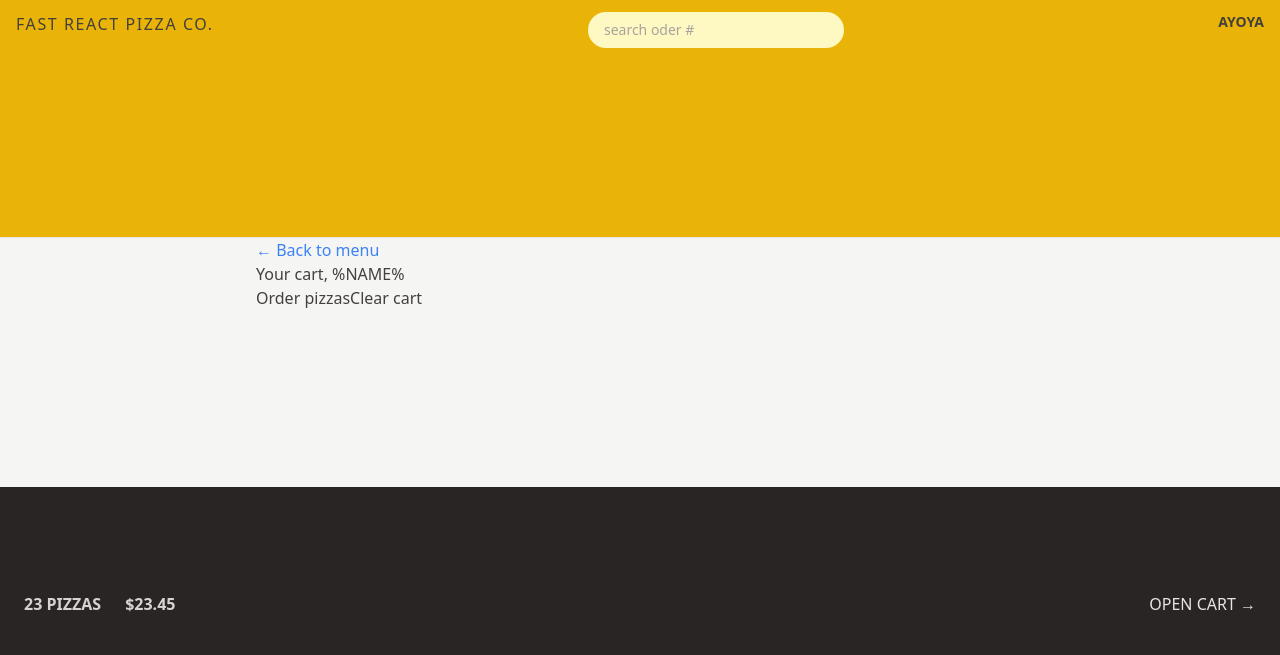
Repository: ayakhaled0001/pizza-delivery
Page: /cart
An editor plug-in stored every save of this project. The page is shown before and after a run of saves, followed by the edit.
The browser window is 1280 px wide. The pictures show the whole page.
The project was rebuilt for these pictures with package versions that can differ from the ones it lists, and the page was loaded fresh each time. Also part of the build but not shown: vite.config.js, src/features/user/CreateUser.jsx, src/ui/Home.jsx, src/services/apiRestaurant.jsx, src/utilities/helpers.jsx, src/features/menu/MenuItem.jsx, src/features/menu/Menu.jsx, src/features/order/Order.jsx and 2 more. Imported but missing from the stored project, and not drawn on this page: src/features/order/CreateOrder.

Above is the page before, as saved 2025-05-01 04:51:05.

### index.html
<!DOCTYPE html>
<html lang="en">
  <head>
    <meta charset="UTF-8" />
    <link rel="icon" type="image/svg+xml" href="/vite.svg" />
    <meta name="viewport" content="width=device-width, initial-scale=1.0" />
    <title>Vite + React</title>
  </head>
  <body class="bg-stone-100 text-stone-700">
    <div id="root"></div>
    <script type="module" src="/src/main.jsx"></script>
  </body>
</html>

### src/App.jsx
import { createBrowserRouter, RouterProvider } from "react-router-dom";
import Home from "./ui/Home";
import Menu, { loader as menuLoader } from "./features/menu/Menu";
import Cart from "./features/cart/Cart";
import CreateOrder, {
  action as CreateOrderAction,
} from "./features/order/CreateOrder";
import Order, { loader as orderLoader } from "./features/order/Order";
import AppLayout from "./ui/AppLayout";
import Error from "./ui/Error";
const router = createBrowserRouter([
  {
    element: <AppLayout />,
    children: [
      { path: "/", element: <Home /> },
      {
        path: "/menu",
        element: <Menu />,
        loader: menuLoader,
        errorElement: <Error />,
      },
      { path: "/cart", element: <Cart /> },
      {
        path: "/order/new",
        element: <CreateOrder />,
        action: CreateOrderAction,
      },
      {
        path: "/order/:orderId",
        element: <Order />,
        loader: orderLoader,
        errorElement: <Error />,
      },
    ],
  },
]);
function App() {
  return <RouterProvider router={router} />;
}

export default App;

### src/index.css
@tailwind base;
@tailwind components;
@tailwind utilities;

@layer components {
  .input {
    @apply w-full rounded-full border
    border-stone-200
    px-4 py-2 text-sm transition-all
    duration-300 focus:outline-none
    focus:ring focus:ring-yellow-400
    md:px-5;
  }
}

/* body {
  font-family: system-ui, -apple-system, BlinkMacSystemFont, "Segoe UI", Roboto,
    Oxygen, Ubuntu, Cantarell, "Open Sans", "Helvetica Neue", sans-serif;
  background-color: #f7f7f7;
  color: #444;
}

.layout {
  display: grid;
  grid-template-rows: auto 1fr auto;
  gap: 32px;
  height: 100dvh;
} */

/* https://dev.to/afif/i-made-100-css-loaders-for-your-next-project-4eje */
.loader {
  width: 45px;
  aspect-ratio: 0.75;
  --c: no-repeat linear-gradient(#333 0 0);
  background: var(--c) 0% 50%, var(--c) 50% 50%, var(--c) 100% 50%;
  background-size: 20% 50%;
  animation: loading 1s infinite linear;
}

@keyframes loading {
  20% {
    background-position: 0% 0%, 50% 50%, 100% 50%;
  }
  40% {
    background-position: 0% 100%, 50% 0%, 100% 50%;
  }
  60% {
    background-position: 0% 50%, 50% 100%, 100% 0%;
  }
  80% {
    background-position: 0% 50%, 50% 50%, 100% 100%;
  }
}

### src/features/cart/Cart.jsx
import { Link } from "react-router-dom";
import LinkButton from "../../ui/LinkButton";

const fakeCart = [
  {
    pizzaId: 12,
    name: "Mediterranean",
    quantity: 2,
    unitPrice: 16,
    totalPrice: 32,
  },
  {
    pizzaId: 6,
    name: "Vegetale",
    quantity: 1,
    unitPrice: 13,
    totalPrice: 13,
  },
  {
    pizzaId: 11,
    name: "Spinach and Mushroom",
    quantity: 1,
    unitPrice: 15,
    totalPrice: 15,
  },
];

function Cart() {
  const cart = fakeCart;

  return (
    <div>
      <LinkButton to="/menu">&larr; Back to menu</LinkButton>

      <h2>Your cart, %NAME%</h2>

      <div>
        <Link to="/order/new">Order pizzas</Link>
        <button>Clear cart</button>
      </div>
    </div>
  );
}

export default Cart;

### src/ui/AppLayout.jsx
import Header from "./Header";
import CartOverview from "../features/cart/CartOverview";
import { Outlet, useNavigation } from "react-router-dom";
import Loader from "./Loader";

function AppLayout() {
  const navigation = useNavigation();
  const isLoading = navigation.state === "loading";
  console.log(navigation.state);
  return (
    <div className="grid h-screen grid-row-[auto_1fr_auto]">
      {isLoading && <Loader />}
      <Header />
      <div className="">
        <main className="max-w-3xl mx-auto">
          <Outlet />
        </main>
      </div>
      <CartOverview />
    </div>
  );
}

export default AppLayout;

### src/ui/LinkButton.jsx
import { Link, useNavigate } from "react-router-dom";

function LinkButton({ children, to }) {
  const navigate = useNavigate();
  if (to === -1)
    return (
      <button
        onClick={() => navigate(-1)}
        className="tex-sm text-blue-500 hover:text-blue-700 hover:underline">
        {children}
      </button>
    );
  return (
    <Link
      to={to}
      className="tex-sm text-blue-500 hover:text-blue-700 hover:underline">
      {children}
    </Link>
  );
}

export default LinkButton;

### src/ui/Header.jsx
import { Link } from "react-router-dom";
import SearchOrder from "../features/order/SearchOrder.jsx";
import UserName from "../features/user/UserName.jsx";

function Header() {
  return (
    <header className=" flex justify-between bg-yellow-500 px-4 py-3 uppercase border-b border-stone-200">
      <Link to="/" className="tracking-widest">
        Fast React Pizza Co.
      </Link>
      <SearchOrder />
      <UserName />
    </header>
  );
}

export default Header;

### src/features/cart/CartOverview.jsx
import { Link } from "react-router-dom";

function CartOverview() {
  return (
    <div
      className="bg-stone-800 text-stone-200 uppercase p-4 sm:px-6 px-4 py-4
    md:text-base flex items-center justify-between">
      <p className="text-stone-300 sm:space-x-6 font-semibold space-x-4">
        <span>23 pizzas</span>
        <span>$23.45</span>
      </p>
      <Link to="/cart">Open cart &rarr;</Link>
    </div>
  );
}

export default CartOverview;

### src/features/order/SearchOrder.jsx
import { useState } from "react";
import { useNavigate } from "react-router-dom";

function SearchOrder() {
  const [query, setQuery] = useState("");
  const navigate = useNavigate();
  function handleSubmit(e) {
    e.preventDefault();
    if (!query) return;
    navigate(`/order/${query}`);
    setQuery("");
  }
  return (
    <form onSubmit={handleSubmit}>
      <input
        placeholder="search oder #"
        value={query}
        onChange={(e) => setQuery(e.target.value)}
        className="duration-300 sm:w-64 focus:outline-none focus:ring
         focus:ring-yellow-500 focus:ring-opacity-50  sm:focus:w-72 transition-all w-28
         bg-yellow-100 rounded-full px-4 py-2 text-sm placeholder:text-stone-400"
      />
    </form>
  );
}

export default SearchOrder;

### src/features/user/UserName.jsx
function UserName() {
  return <div className="hidden md:block text-sm font-semibold">ayoya</div>;
}

export default UserName;

### src/ui/Button.jsx
function Button({ disabled, children }) {
  return (
    <button
      disabled={disabled}
      className="bg-yellow-400 uppercase font-semibold
    text-stone-800 py-3 px-4
     inline-block tracking-wide
     rounded-full hover:bg-yellow-300  transition-all duration-300
    focus:outline-none focus:ring focus:ring-yellow-300 focus:ring-offset-2
    disabled:cursor-not-allowed sm:px-6 sm:py-6">
      {children}
    </button>
  );
}

export default Button;

Loaded but not shown: src/main.jsx (common file); tailwind.config.js (common file)

After the next 2 saves:
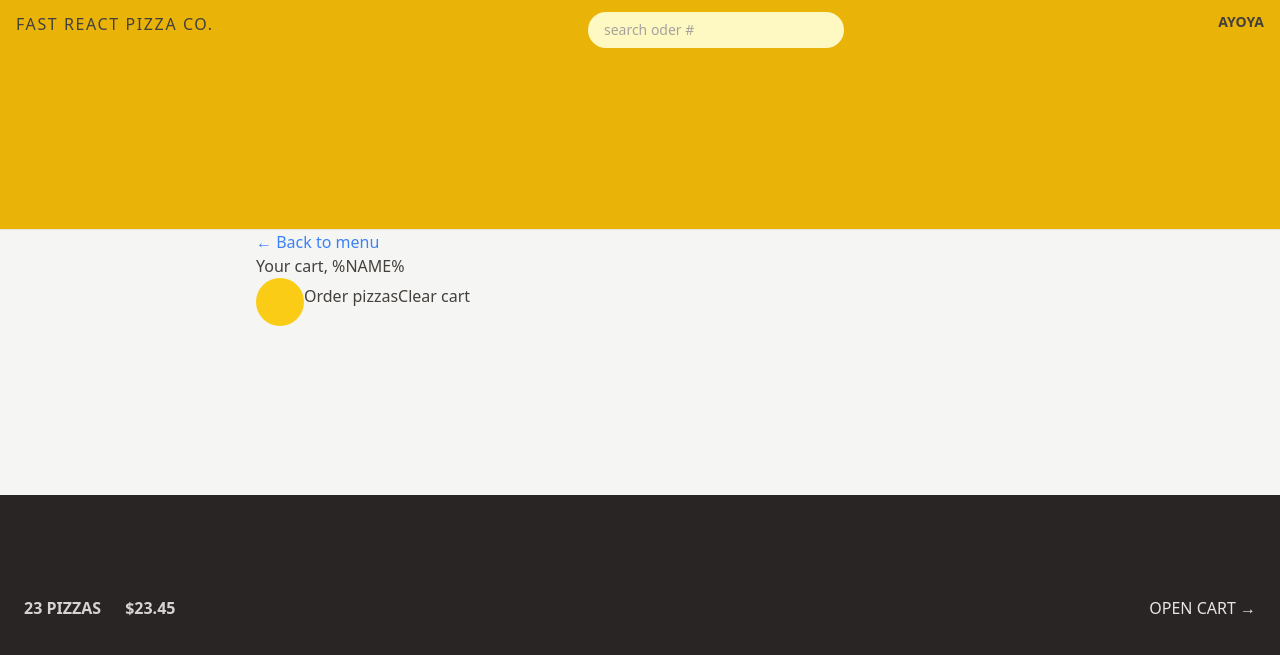
The 2 saves are shown as one change because 1 did not build or start.
The last was saved 56 s later.
--- a/src/features/cart/Cart.jsx
+++ b/src/features/cart/Cart.jsx
@@ -1,5 +1,6 @@
 import { Link } from "react-router-dom";
 import LinkButton from "../../ui/LinkButton";
+import Button from "../../ui/Button";
 
 const fakeCart = [
   {
@@ -35,6 +36,7 @@ function Cart() {
       <h2>Your cart, %NAME%</h2>
 
       <div>
+        <Button></Button>
         <Link to="/order/new">Order pizzas</Link>
         <button>Clear cart</button>
       </div>
